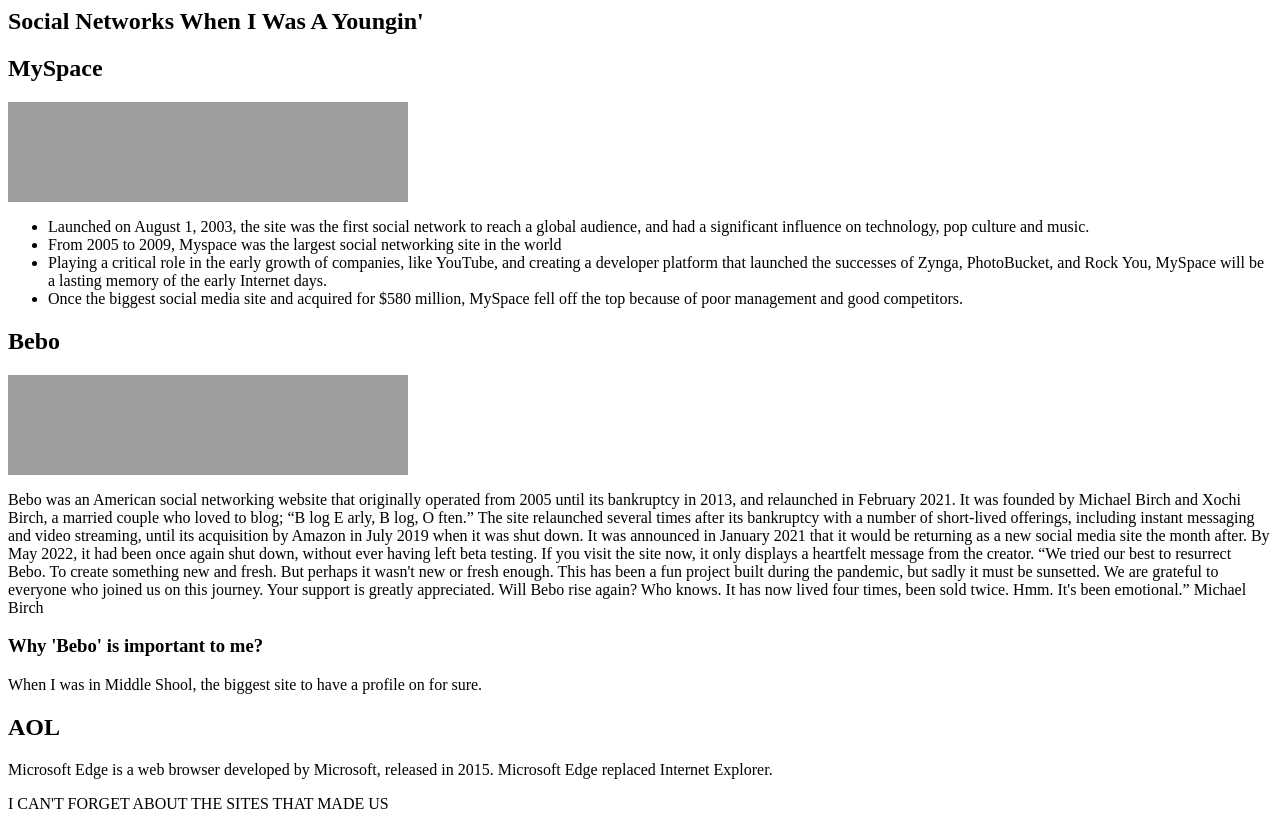
Repository: AndrewGrantt/LC101
Page: LC101/js-assignment-4-html-me-something-buffylow/index.html
These files come from the project's save history. The page is drawn as it stood at one moment and after the next save; the edit follows.
The browser window is 1280 px wide. The pictures show the whole page.
Pictures or frames that could not be fetched are drawn as grey boxes.

Above is the page before, as saved 2022-07-15 04:50:26.

After the next save:
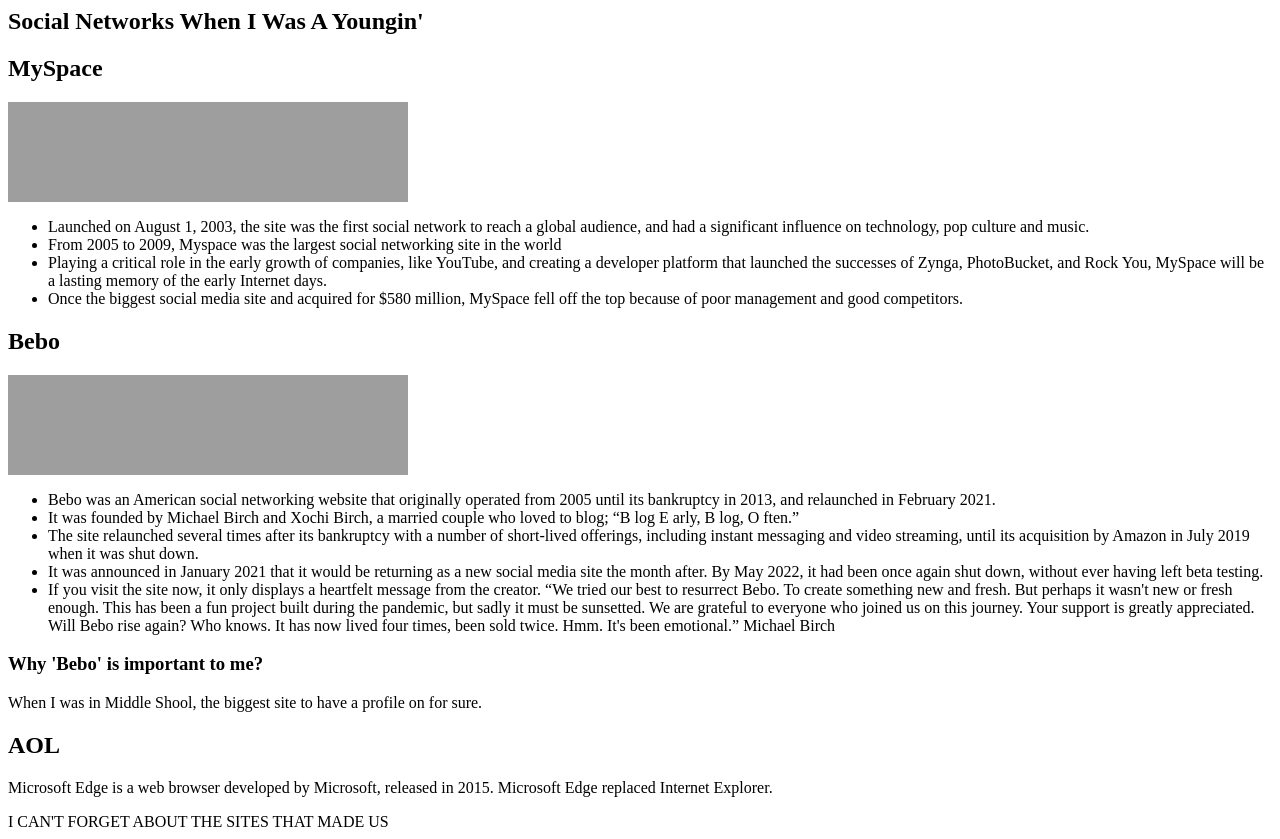
Saved 5 min 16 s later.
--- a/LC101/js-assignment-4-html-me-something-buffylow/index.html
+++ b/LC101/js-assignment-4-html-me-something-buffylow/index.html
@@ -28,9 +28,13 @@
     <h2>Bebo</h2>
     <img src="/images/bebo.jpg" alt="Bebo Logo" width="400" height="100">
     <p>
-     Bebo was an American social networking website that originally operated from 2005 until its bankruptcy in 2013, and relaunched in February 2021. It was founded by Michael Birch and Xochi Birch, a married couple who loved to blog;
-      “B log E arly, B log, O ften.”
-      The site relaunched several times after its bankruptcy with a number of short-lived offerings, including instant messaging and video streaming, until its acquisition by Amazon in July 2019 when it was shut down. It was announced in January 2021 that it would be returning as a new social media site the month after. By May 2022, it had been once again shut down, without ever having left beta testing. If you visit the site now, it only displays a heartfelt message from the creator.
+    <ul>
+      <li>Bebo was an American social networking website that originally operated from 2005 until its bankruptcy in 2013, and relaunched in February 2021.</li>
+          <li>It was founded by Michael Birch and Xochi Birch, a married couple who loved to blog;
+          “B log E arly, B log, O ften.” </li>
+      <li>The site relaunched several times after its bankruptcy with a number of short-lived offerings, including instant messaging and video streaming, until its acquisition by Amazon in July 2019 when it was shut down. </li>
+      <li>It was announced in January 2021 that it would be returning as a new social media site the month after. By May 2022, it had been once again shut down, without ever having left beta testing. </li>
+     <li> If you visit the site now, it only displays a heartfelt message from the creator.
 
 
       “We tried our best to resurrect Bebo.
@@ -41,8 +45,9 @@
       Who knows. It has now lived four times, been sold twice. Hmm.
       It's been emotional.”
 
-      Michael Birch
-      </p>
+      Michael Birch</li>
+   </ul>
+   </p>
       <h3> Why 'Bebo' is important to me?</h3>
       <p>
          When I was in Middle Shool, the biggest site to have a profile on for sure.
